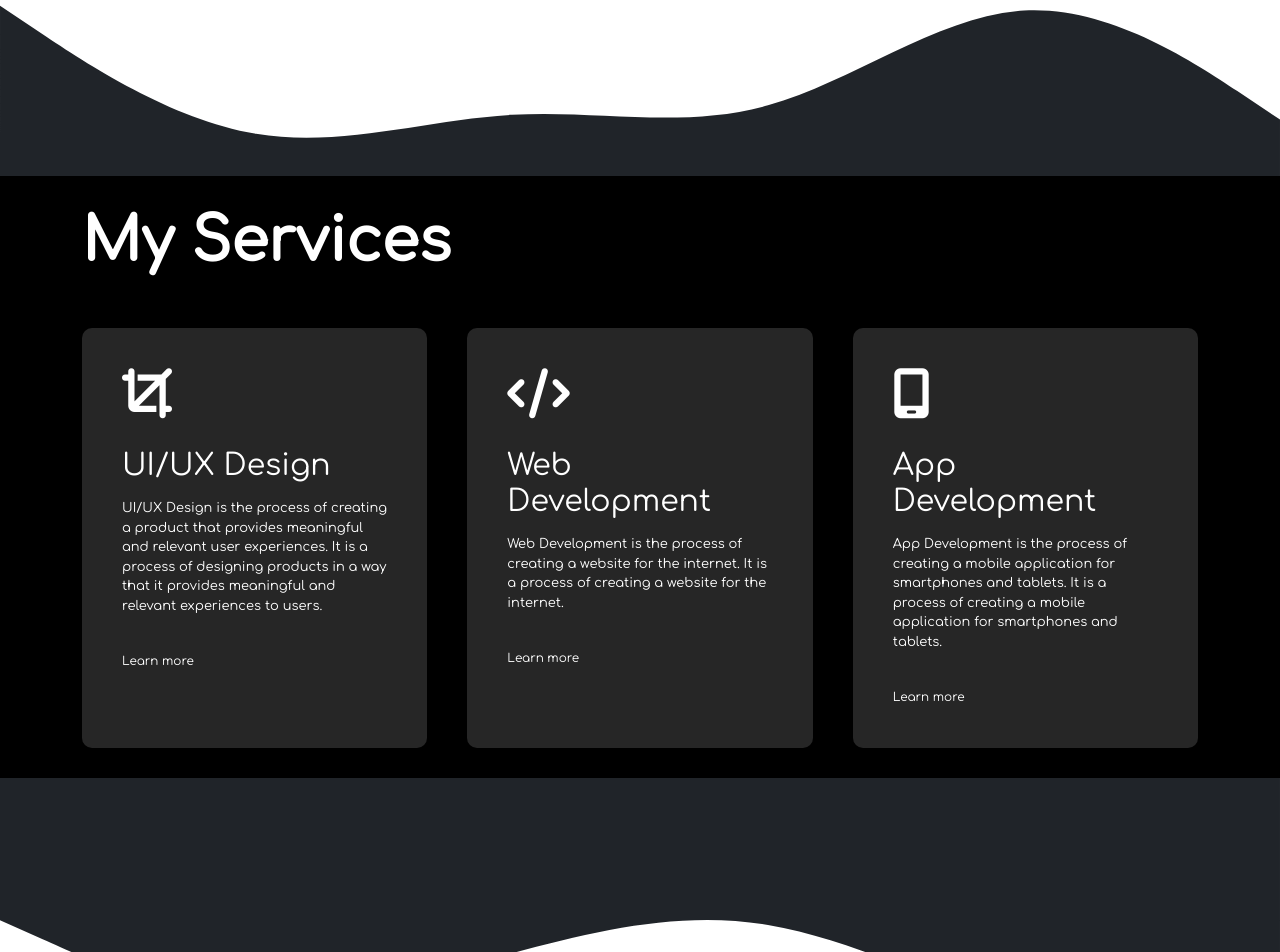
Repository: MMALI3287/Resume
Page: index.html
An editor plug-in stored every save of this project. The page is shown before and after the next save, followed by the edit.
The browser window is 1280 px wide. The pictures show the part of the page from y = 3926 to 4878 px (the page is 6595 px tall).
A picture or video elsewhere on the page could not be fetched, so the positions and the page height are approximate. Some web libraries are served in a nearby version.

Above is the page before, as saved 2023-07-15 23:22:23.

After the next save:
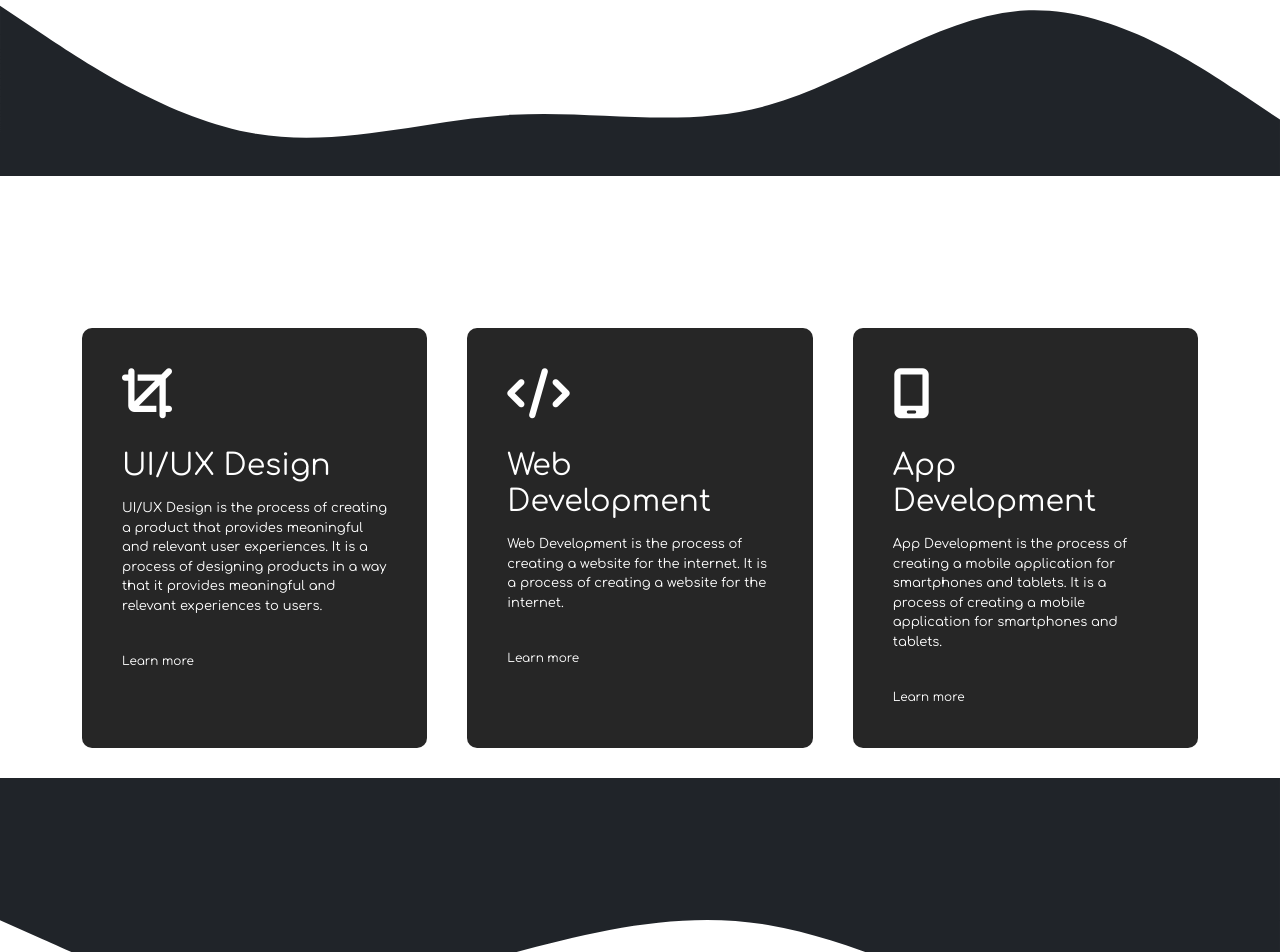
Saved 54 s later.
--- a/css/style.css
+++ b/css/style.css
@@ -232,7 +232,7 @@
 /* * services */
 #services {
   padding: 30px 0;
-  background-color: #000;
+  background-color: ;
 }
 
 .services-list {
